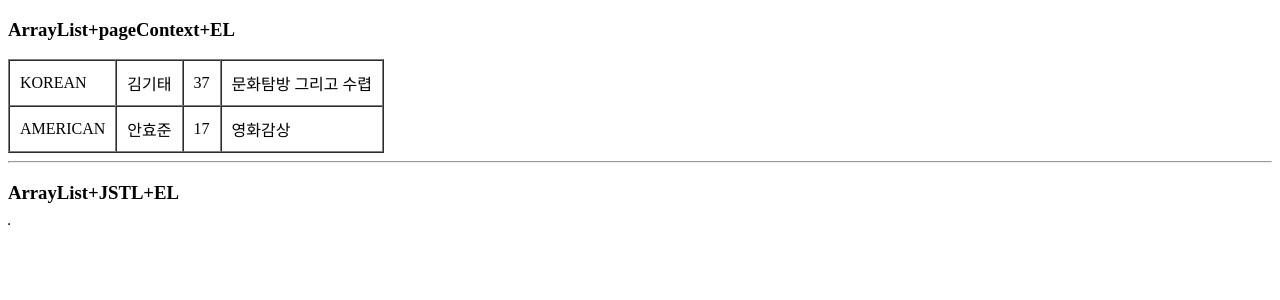
Repository: okgunyang/jsp
Page: http://localhost/practice02/04ExpressionOREL.jsp
These files come from the project's save history. The page is drawn as it stood at one moment and after the next save; the edit follows.
The browser window is 1280 px wide. The pictures show the whole page.
The page is served by Tomcat 9. Other server files are loaded and not shown.

Above is the page before, as saved 2022-11-10 03:12:18.

### practice02/WebContent/04ExpressionOREL.jsp
<%@ page language="java" contentType="text/html; charset=UTF-8"
    pageEncoding="UTF-8"%>
<%@ taglib prefix="c" uri="http://java.sun.com/jsp/jstl/core"  %>
<%@ taglib prefix="fmt" uri="http://java.sun.com/jsp/jstl/fmt" %>
<%@ page import="java.util.*, java.lang.*" %>
<%@ page import="java.text.*, java.net.InetAddress" %>
<%@ page import="com.example.*" %>
<%@ include file="common.jsp" %>
<%
	String name = "김기태";
	int num = 1004;
	int num1 = 80, num2 = 70, num3;
	Human h1 = new Human();
	h1.setCountry("KOREAN");
	h1.setName("김기태");
	h1.setAge(37);
	h1.setHobby("문화탐방 그리고 수렵");

	List<Human> hList = new ArrayList<Human>();

	Human h2 = new Human();
	h2.setCountry("AMERICAN");
	h2.setName("안효준");
	h2.setAge(17);
	h2.setHobby("영화감상");

	hList.add(h1);
	hList.add(h2);

	//request.setAttribute("hList", hList);
	//위 내용을 Controller에서 forward 해야함
%>
<!DOCTYPE html>
<html>
<head>
<meta charset="UTF-8">
<title>04Expression OR EL</title>
</head>
<body>
<h3>ArrayList+pageContext+EL</h3>
<table border="1" cellpadding="10" cellspacing="0">
<%
	if(hList != null) {
		for(Human human : hList){
			pageContext.setAttribute("human", human);
%>
		<tr>
			<td>${human.country }</td>
			<td>${human.name }</td>
			<td>${human.age }</td>
			<td>${human.hobby }</td>
		</tr>
<%		}
	}
%>
</table>
<hr>
<h3>ArrayList+JSTL+EL</h3>
<table border="1" cellpadding="10" cellspacing="0">
<c:forEach items="${hList}" var="human" varStatus="status">
	<tr>
		<td><c:out value="${status.count}" /></td>
		<td><c:out value="${human.country}" /></td>
		<td><c:out value="${human.name}" /></td>
		<td><c:out value="${human.age}" /></td>
		<td><c:out value="${human.hobby}" /></td>
	</tr>
</c:forEach>
</table>
</body>
</html>

### practice02/WebContent/common.jsp
<%@ page language="java" contentType="text/html; charset=UTF-8"
    pageEncoding="UTF-8"%>
<%
%>

### practice02/src/com/example/Human.java
package com.example;

public class Human {
	private String country;
	private String name;
	private int age;
	private String hobby;
	public String getCountry() {
		return country;
	}
	public void setCountry(String country) {
		this.country = country;
	}
	public String getName() {
		return name;
	}
	public void setName(String name) {
		this.name = name;
	}
	public int getAge() {
		return age;
	}
	public void setAge(int age) {
		this.age = age;
	}
	public String getHobby() {
		return hobby;
	}
	public void setHobby(String hobby) {
		this.hobby = hobby;
	}
}

After the next save:
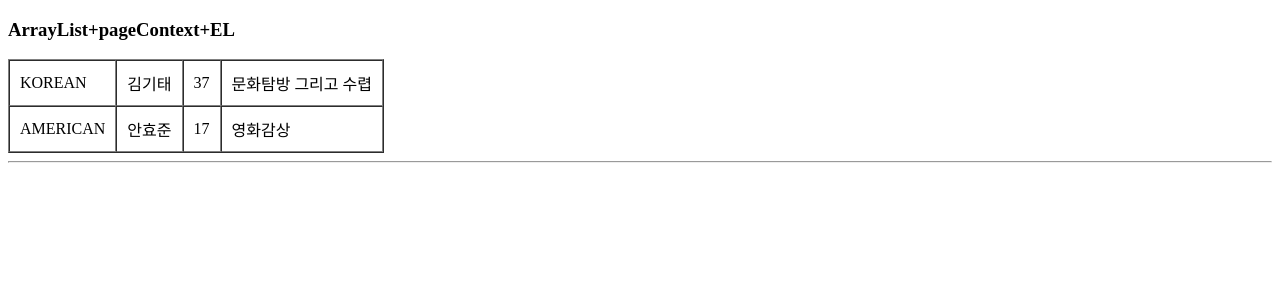
Saved 2 min 1 s later.
--- a/practice02/WebContent/04ExpressionOREL.jsp
+++ b/practice02/WebContent/04ExpressionOREL.jsp
@@ -55,17 +55,6 @@
 %>
 </table>
 <hr>
-<h3>ArrayList+JSTL+EL</h3>
-<table border="1" cellpadding="10" cellspacing="0">
-<c:forEach items="${hList}" var="human" varStatus="status">
-	<tr>
-		<td><c:out value="${status.count}" /></td>
-		<td><c:out value="${human.country}" /></td>
-		<td><c:out value="${human.name}" /></td>
-		<td><c:out value="${human.age}" /></td>
-		<td><c:out value="${human.hobby}" /></td>
-	</tr>
-</c:forEach>
-</table>
+
 </body>
 </html>
